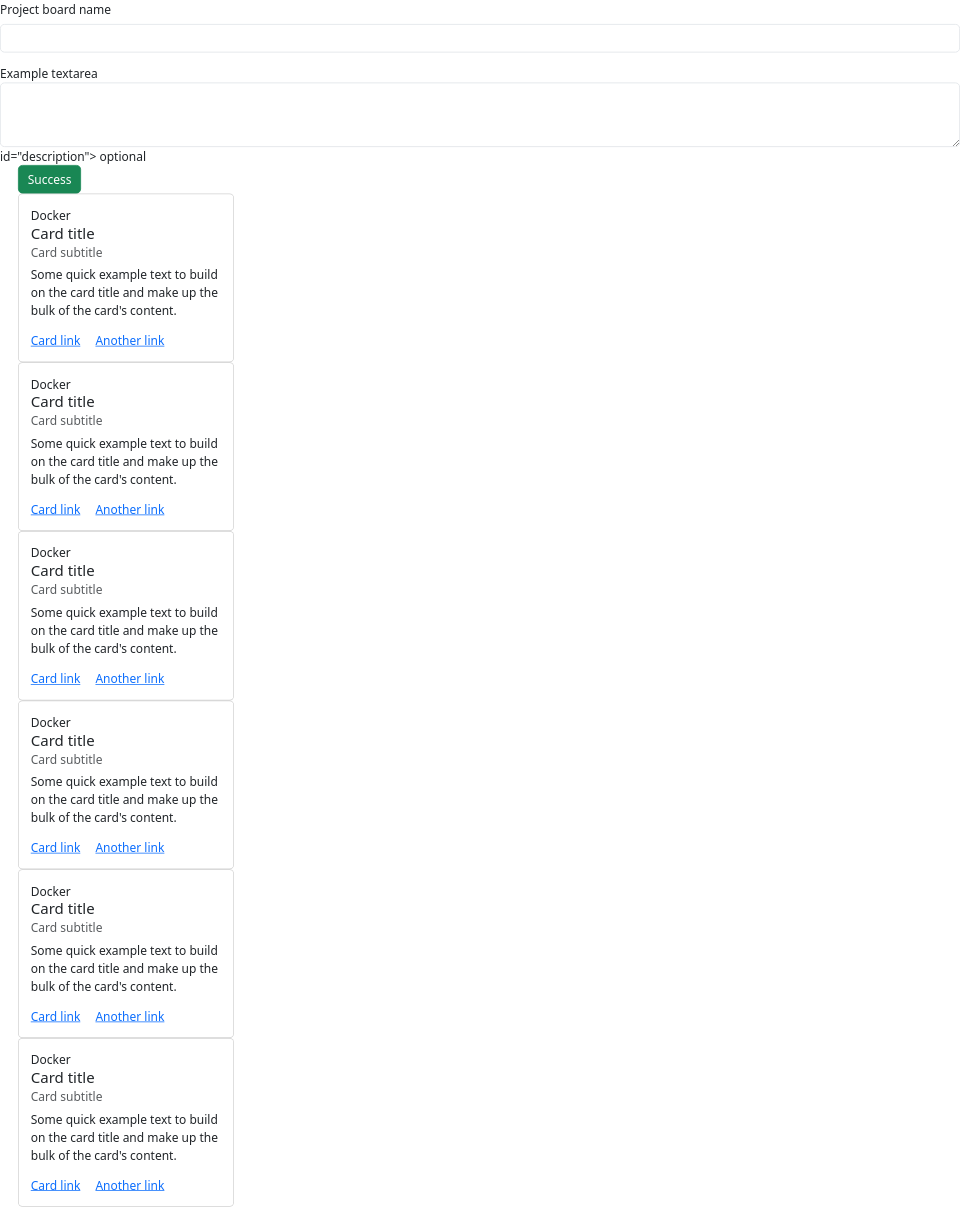
Repository: NSS-Evening-25-Cohort/e25-gitsub-control-alt-defeat
Page: index.html
These files come from the project's save history. The page is drawn as it stood at one moment and after the next save; the edit follows.
The browser window is 1280 px wide. The pictures show the whole page, at 75% of full size.

Above is the page before, as saved 2023-11-06 21:14:06.

After the next save:
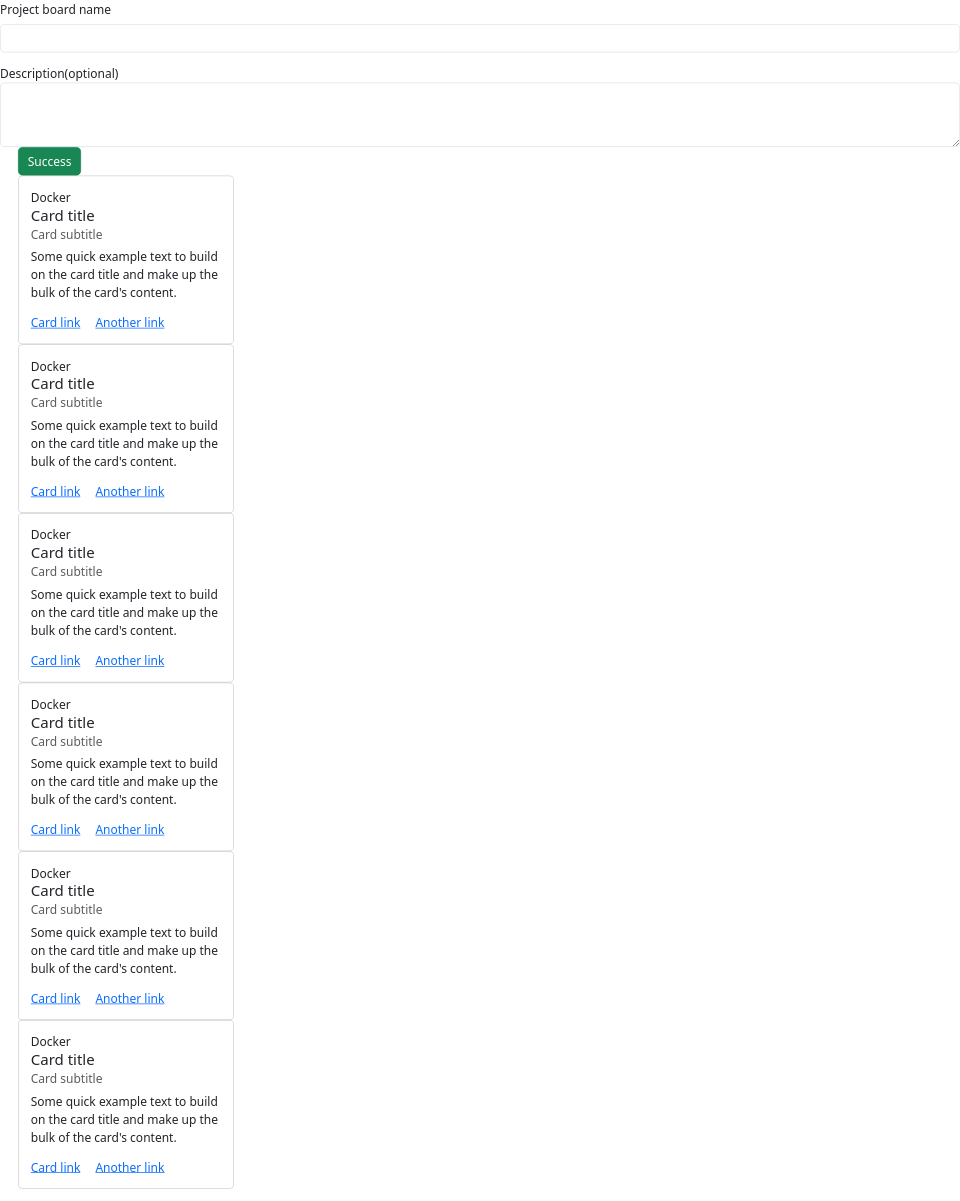
Saved 29 s later.
--- a/index.html
+++ b/index.html
@@ -17,9 +17,9 @@
         <input type="email" class="form-control" id="exampleInputEmail1" aria-describedby="emailHelp">
       </div>
       <div class="form-group">
-        <label for="exampleFormControlTextarea1">Example textarea</label>
+        <label for="exampleFormControlTextarea1">Description(optional)</label>
         <textarea class="form-control" id="exampleFormControlTextarea1" rows="3"></textarea>
-      </div> id="description"> optional
+      </div>
       </div>
       <div class="mb-3 form-check">
         <button type="button" class="btn btn-success">Success</button>
